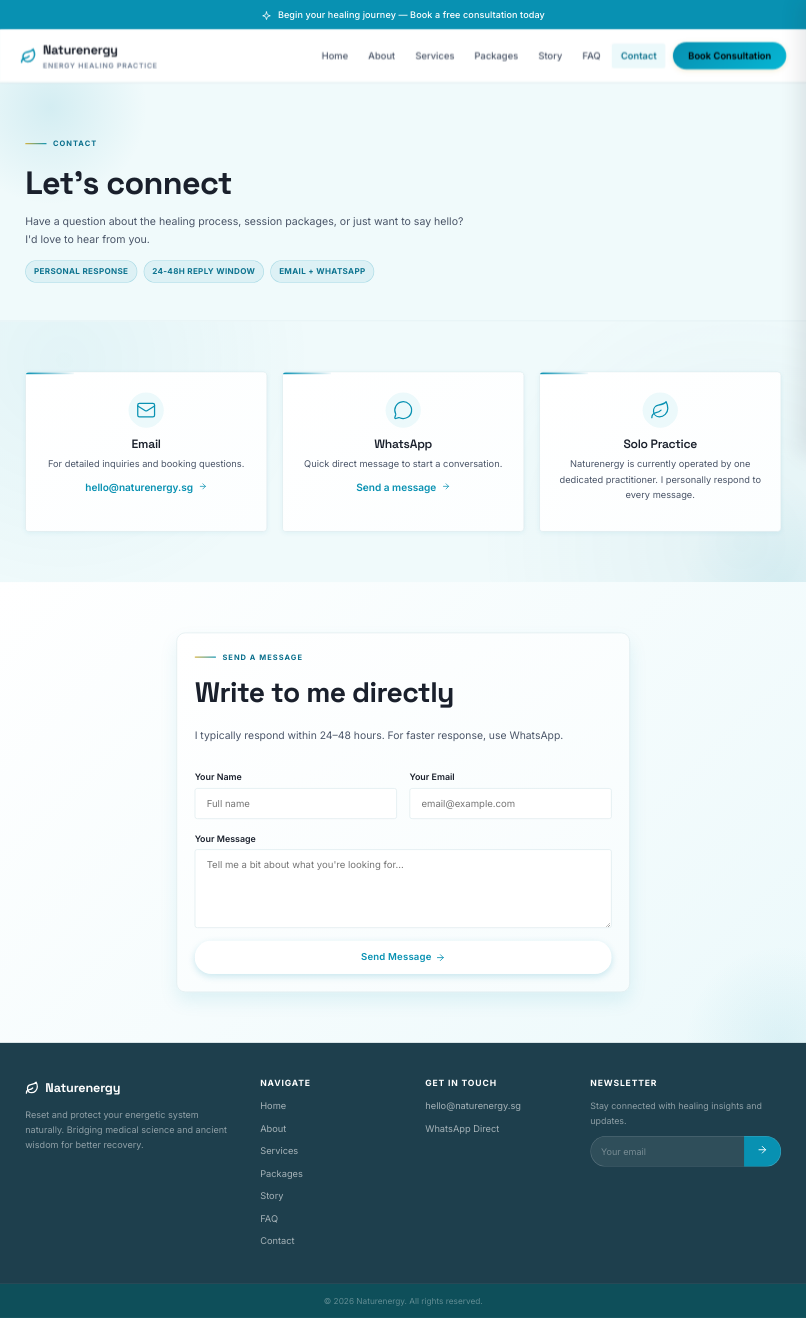
Repository: Ethxmnhz/nt_landing
Page: /contact
The author's editor kept a copy of each file at every save. The page is drawn from the files as they stood at one save, then again after the next save.
The browser window is 1280 px wide. The pictures show the whole page, at 63% of full size.
The project was rebuilt for these pictures with package versions that can differ from the ones it lists, and the page was loaded fresh each time. Also part of the build but not shown: vite.config.ts, src/pages/AboutPage.tsx, src/pages/BookPage.tsx, src/components/ui/FaqAccordion.tsx, src/pages/FaqPage.tsx, src/components/Hero/Hero.tsx, src/pages/HomePage.tsx, src/pages/PackagesPage.tsx and 1 more.

Above is the page before, as saved 2026-04-06 22:52:06.

### index.html
<!doctype html>
<html lang="en">
  <head>
    <meta charset="UTF-8" />
    <link rel="icon" type="image/svg+xml" href="/favicon.svg" />
    <meta name="viewport" content="width=device-width, initial-scale=1.0" />
    <meta name="description" content="Naturenergy — Reset and protect your energetic system naturally. Bridging medical science and ancient wisdom for holistic healing across mental, emotional, and physical dimensions." />
    <meta property="og:title" content="Naturenergy | Energy Healing & Recovery Support" />
    <meta property="og:description" content="Holistic healing sessions combining chakra energy healing, physical movement, and emotional support for people navigating recovery and life challenges." />
    <meta property="og:type" content="website" />
    <meta property="og:url" content="https://naturenergy.sg" />
    <link rel="preconnect" href="https://fonts.googleapis.com" />
    <link rel="preconnect" href="https://fonts.gstatic.com" crossorigin />
    <title>Naturenergy | Energy Healing & Recovery Support</title>
  </head>
  <body>
    <div id="app"></div>
    <script type="module" src="/src/main.tsx"></script>
  </body>
</html>

### src/main.tsx
import React from 'react'
import ReactDOM from 'react-dom/client'
import { BrowserRouter } from 'react-router-dom'
import App from './App'
import './style.css'

ReactDOM.createRoot(document.getElementById('app')!).render(
  <React.StrictMode>
    <BrowserRouter>
      <App />
    </BrowserRouter>
  </React.StrictMode>,
)

### src/App.tsx
import { useEffect } from 'react'
import { Navigate, Route, Routes, useLocation } from 'react-router-dom'
import { SiteFooter } from './components/layout/SiteFooter'
import { SiteHeader } from './components/layout/SiteHeader'
import { AboutPage } from './pages/AboutPage'
import { BookPage } from './pages/BookPage'
import { ContactPage } from './pages/ContactPage'
import { FaqPage } from './pages/FaqPage'
import { HomePage } from './pages/HomePage'
import { PackagesPage } from './pages/PackagesPage'
import { ServicesPage } from './pages/ServicesPage'
import { StoryPage } from './pages/StoryPage'

function ScrollToTop() {
  const { pathname } = useLocation()
  useEffect(() => {
    window.scrollTo(0, 0)
  }, [pathname])
  return null
}

function App() {
  return (
    <div className="site-root">
      <ScrollToTop />
      <SiteHeader />
      <main>
        <Routes>
          <Route path="/" element={<Navigate to="/home" replace />} />
          <Route path="/home" element={<HomePage />} />
          <Route path="/about" element={<AboutPage />} />
          <Route path="/services" element={<ServicesPage />} />
          <Route path="/packages" element={<PackagesPage />} />
          <Route path="/programs" element={<Navigate to="/packages" replace />} />
          <Route path="/story" element={<StoryPage />} />
          <Route path="/faq" element={<FaqPage />} />
          <Route path="/contact" element={<ContactPage />} />
          <Route path="/book" element={<BookPage />} />
          <Route path="*" element={<Navigate to="/home" replace />} />
        </Routes>
      </main>
      <SiteFooter />
    </div>
  )
}

export default App

### src/components/layout/SiteFooter.tsx
import { Link } from 'react-router-dom'
import { Leaf, ArrowRight } from 'lucide-react'
import { navItems, site } from '../../data/siteData'

export function SiteFooter() {
  return (
    <footer className="site-footer">
      <div className="footer-main">
        <div className="section-shell">
          <div className="footer-grid">
            <div className="footer-brand">
              <Link to="/home" className="footer-logo">
                <Leaf size={22} strokeWidth={2.2} />
                <span className="brand-name">{site.name}</span>
              </Link>
              <p className="footer-brand-desc">
                Reset and protect your energetic system naturally. Bridging medical science and
                ancient wisdom for better recovery.
              </p>
            </div>

            <div className="footer-links-col">
              <h4>Navigate</h4>
              <ul>
                {navItems
                  .filter((n) => !n.highlight)
                  .map((item) => (
                    <li key={item.to}>
                      <Link to={item.to}>{item.label}</Link>
                    </li>
                  ))}
              </ul>
            </div>

            <div className="footer-links-col">
              <h4>Get In Touch</h4>
              <ul>
                <li>
                  <a href={`mailto:${site.email}`}>{site.email}</a>
                </li>
                <li>
                  <a href={site.whatsappUrl}>WhatsApp Direct</a>
                </li>
              </ul>
            </div>

            <div className="footer-links-col">
              <h4>Newsletter</h4>
              <p className="footer-newsletter-text">
                Stay connected with healing insights and updates.
              </p>
              <form className="footer-newsletter" onSubmit={(e) => e.preventDefault()}>
                <input type="email" placeholder="Your email" aria-label="Email for newsletter" />
                <button type="submit" aria-label="Subscribe">
                  <ArrowRight size={18} />
                </button>
              </form>
            </div>
          </div>
        </div>
      </div>

      <div className="footer-bottom">
        <div className="section-shell">
          <p>© {new Date().getFullYear()} {site.name}. All rights reserved.</p>
        </div>
      </div>
    </footer>
  )
}

### src/components/layout/SiteHeader.tsx
import { useState } from 'react'
import { NavLink } from 'react-router-dom'
import { Leaf, Menu } from 'lucide-react'
import { navItems, site } from '../../data/siteData'
import { MobileNav } from './MobileNav'

export function SiteHeader() {
  const [mobileOpen, setMobileOpen] = useState(false)

  return (
    <header className="site-header">
      <div className="announcement-bar">
        <Sparkle /> Begin your healing journey — Book a free consultation today
      </div>
      <div className="header-main">
        <NavLink className="brand" to="/home" aria-label="Naturenergy Home">
          <Leaf className="brand-icon-svg" size={26} strokeWidth={2.2} />
          <span className="brand-text">
            <span className="brand-name">{site.name}</span>
            <span className="brand-sub">Energy Healing Practice</span>
          </span>
        </NavLink>

        <nav className="site-nav">
          {navItems.map((item) =>
            item.highlight ? (
              <NavLink
                key={item.to}
                to={item.to}
                className="nav-cta-btn"
              >
                {item.label}
              </NavLink>
            ) : (
              <NavLink
                key={item.to}
                to={item.to}
                className={({ isActive }) =>
                  isActive ? 'site-nav-link active' : 'site-nav-link'
                }
              >
                {item.label}
              </NavLink>
            )
          )}
        </nav>

        <button
          className="hamburger"
          onClick={() => setMobileOpen(true)}
          aria-label="Open menu"
          type="button"
        >
          <Menu size={26} />
        </button>
      </div>

      <MobileNav open={mobileOpen} onClose={() => setMobileOpen(false)} />
    </header>
  )
}

function Sparkle() {
  return (
    <svg width="16" height="16" viewBox="0 0 24 24" fill="none" stroke="currentColor" strokeWidth="2" strokeLinecap="round" strokeLinejoin="round" style={{ display: 'inline', verticalAlign: 'middle', marginRight: 6 }}>
      <path d="M12 3l1.912 5.813a2 2 0 001.275 1.275L21 12l-5.813 1.912a2 2 0 00-1.275 1.275L12 21l-1.912-5.813a2 2 0 00-1.275-1.275L3 12l5.813-1.912a2 2 0 001.275-1.275L12 3z" />
    </svg>
  )
}

### src/pages/ContactPage.tsx
import { Mail, MessageCircle, Leaf, ArrowRight } from 'lucide-react'
import { AnimatedSection } from '../components/ui/AnimatedSection'
import { ButtonLink } from '../components/ui/ButtonLink'
import { site } from '../data/siteData'

export function ContactPage() {
  return (
    <>
      {/* ─── PAGE HERO ─── */}
      <section className="page-hero">
        <div className="section-shell">
          <AnimatedSection>
            <p className="section-tag">Contact</p>
            <h1>Let's connect</h1>
            <p className="page-hero-sub">
              Have a question about the healing process, session packages, or just want to say
              hello? I'd love to hear from you.
            </p>
            <div className="doc-outcome-strip">
              <span>Personal Response</span>
              <span>24-48h Reply Window</span>
              <span>Email + WhatsApp</span>
            </div>
          </AnimatedSection>
        </div>
      </section>

      {/* ─── CONTACT CARDS ─── */}
      <section className="section-light">
        <div className="section-shell">
          <div className="contact-grid">
            <AnimatedSection>
              <article className="contact-card">
                <span className="contact-icon"><Mail size={32} strokeWidth={1.5} /></span>
                <h3>Email</h3>
                <p>For detailed inquiries and booking questions.</p>
                <a href={`mailto:${site.email}`} className="contact-link">
                  {site.email} <ArrowRight size={14} style={{ marginLeft: 4 }} />
                </a>
              </article>
            </AnimatedSection>
            <AnimatedSection delay={120}>
              <article className="contact-card">
                <span className="contact-icon"><MessageCircle size={32} strokeWidth={1.5} /></span>
                <h3>WhatsApp</h3>
                <p>Quick direct message to start a conversation.</p>
                <a href={site.whatsappUrl} className="contact-link">
                  Send a message <ArrowRight size={14} style={{ marginLeft: 4 }} />
                </a>
              </article>
            </AnimatedSection>
            <AnimatedSection delay={240}>
              <article className="contact-card">
                <span className="contact-icon"><Leaf size={32} strokeWidth={1.5} /></span>
                <h3>Solo Practice</h3>
                <p>
                  Naturenergy is currently operated by one dedicated practitioner. I personally
                  respond to every message.
                </p>
              </article>
            </AnimatedSection>
          </div>
        </div>
      </section>

      {/* ─── CONTACT FORM ─── */}
      <section className="section-warm">
        <div className="section-shell">
          <AnimatedSection>
            <div className="contact-form-section">
              <div className="section-intro">
                <p className="section-tag">Send a Message</p>
                <h2>Write to me directly</h2>
                <p className="section-copy">
                  I typically respond within 24–48 hours. For faster response, use WhatsApp.
                </p>
              </div>
              <form className="contact-form" onSubmit={(e) => e.preventDefault()}>
                <div className="form-row">
                  <div className="form-group">
                    <label htmlFor="contact-name">Your Name</label>
                    <input type="text" id="contact-name" placeholder="Full name" />
                  </div>
                  <div className="form-group">
                    <label htmlFor="contact-email">Your Email</label>
                    <input type="email" id="contact-email" placeholder="email@example.com" />
                  </div>
                </div>
                <div className="form-group">
                  <label htmlFor="contact-message">Your Message</label>
                  <textarea
                    id="contact-message"
                    rows={5}
                    placeholder="Tell me a bit about what you're looking for..."
                  />
                </div>
                <ButtonLink href={site.bookingEmailUrl}>
                  Send Message <ArrowRight size={16} style={{ marginLeft: 6 }} />
                </ButtonLink>
              </form>
            </div>
          </AnimatedSection>
        </div>
      </section>
    </>
  )
}

### src/pages/ServicesPage.tsx
import {
  Compass,
  Zap,
  Sprout,
  Users,
  ArrowRight,
} from 'lucide-react'
import { AnimatedSection } from '../components/ui/AnimatedSection'
import { ButtonLink } from '../components/ui/ButtonLink'
import { consultationProcess, services } from '../data/siteData'

const serviceIcons = [
  <Compass size={32} strokeWidth={1.8} />,
  <Zap size={32} strokeWidth={1.8} />,
  <Sprout size={32} strokeWidth={1.8} />,
  <Users size={32} strokeWidth={1.8} />,
]

export function ServicesPage() {
  return (
    <>
      {/* ─── PAGE HERO ─── */}
      <section className="page-hero">
        <div className="section-shell">
          <AnimatedSection>
            <p className="section-tag">Services</p>
            <h1>Integrated modalities for deeper and safer recovery</h1>
            <p className="page-hero-sub">
              Service design is outcome-based: better self-regulation, stronger body response,
              emotional support, and clearer recovery decisions.
            </p>
            <div className="doc-outcome-strip">
              <span>Regulation</span>
              <span>Resilience</span>
              <span>Recovery Clarity</span>
            </div>
          </AnimatedSection>
        </div>
      </section>

      {/* ─── FIRST CONSULTATION ─── */}
      <section className="section-light">
        <div className="section-shell">
          <AnimatedSection>
            <div className="section-intro centered">
              <p className="section-tag">Your First Session</p>
              <h2>What happens in the first consultation</h2>
              <p className="section-copy">
                Before any healing work begins, I take time to understand your complete context —
                daily routines, family support, work environment, and emotional landscape. This
                ensures every session plan is built on real understanding.
              </p>
            </div>
          </AnimatedSection>
        </div>
      </section>

      {/* ─── SERVICE CARDS ─── */}
      <section className="section-warm">
        <div className="section-shell">
          <AnimatedSection>
            <div className="section-intro centered">
              <p className="section-tag">What I Offer</p>
              <h2>Four areas of focused support</h2>
            </div>
          </AnimatedSection>
          <div className="services-grid">
            {services.map((service, i) => (
              <AnimatedSection key={service.title} delay={i * 100}>
                <article className="service-card">
                  <span className="service-icon">{serviceIcons[i]}</span>
                  <h3>{service.title}</h3>
                  <p>{service.description}</p>
                </article>
              </AnimatedSection>
            ))}
          </div>
        </div>
      </section>

      {/* ─── PROCESS FLOW ─── */}
      <section className="section-light">
        <div className="section-shell">
          <AnimatedSection>
            <div className="section-intro centered">
              <p className="section-tag">The Process</p>
              <h2>Assess → Heal → Integrate</h2>
              <p className="section-copy">
                Your healing journey follows a clear, structured path from initial assessment
                through active healing to long-term integration.
              </p>
            </div>
          </AnimatedSection>
          <div className="process-flow-wrapper">
            <div className="process-flow-grid">
              {consultationProcess.map((step, i) => (
                <AnimatedSection key={step.title} delay={i * 150}>
                  <article className="process-flow-step">
                    <div className="process-number-circle">{String(step.step).padStart(2, '0')}</div>
                    <h3 className="process-flow-title">{step.title}</h3>
                    <p className="process-flow-desc">{step.description}</p>
                  </article>
                </AnimatedSection>
              ))}
            </div>
          </div>
          <AnimatedSection>
            <div className="centered-cta">
              <ButtonLink to="/book">
                Book Your First Consultation <ArrowRight size={16} style={{ marginLeft: 6 }} />
              </ButtonLink>
            </div>
          </AnimatedSection>
        </div>
      </section>
    </>
  )
}

### src/components/layout/MobileNav.tsx
import { NavLink } from 'react-router-dom'
import { X } from 'lucide-react'
import { navItems, site } from '../../data/siteData'

type MobileNavProps = {
  open: boolean
  onClose: () => void
}

export function MobileNav({ open, onClose }: MobileNavProps) {
  return (
    <>
      <div className={`mobile-overlay ${open ? 'mobile-overlay-active' : ''}`} onClick={onClose} />
      <nav className={`mobile-drawer ${open ? 'mobile-drawer-open' : ''}`}>
        <div className="mobile-drawer-header">
          <span className="brand-name">{site.name}</span>
          <button className="mobile-close" onClick={onClose} aria-label="Close menu" type="button">
            <X size={22} />
          </button>
        </div>
        <div className="mobile-links">
          {navItems.map((item) => (
            <NavLink
              key={item.to}
              to={item.to}
              className={({ isActive }) =>
                `mobile-link ${isActive ? 'mobile-link-active' : ''} ${item.highlight ? 'mobile-link-cta' : ''}`
              }
              onClick={onClose}
            >
              {item.label}
            </NavLink>
          ))}
        </div>
        <div className="mobile-drawer-footer">
          <p>{site.email}</p>
        </div>
      </nav>
    </>
  )
}

### src/components/ui/AnimatedSection.tsx
import { useEffect, useRef, useState, type ReactNode } from 'react'

type AnimatedSectionProps = {
  children: ReactNode
  className?: string
  delay?: number
}

export function AnimatedSection({ children, className = '', delay = 0 }: AnimatedSectionProps) {
  const ref = useRef<HTMLDivElement>(null)
  const [visible, setVisible] = useState(false)

  useEffect(() => {
    const el = ref.current
    if (!el) return

    const observer = new IntersectionObserver(
      ([entry]) => {
        if (entry.isIntersecting) {
          setTimeout(() => setVisible(true), delay)
          observer.unobserve(el)
        }
      },
      { threshold: 0.15 }
    )

    observer.observe(el)
    return () => observer.disconnect()
  }, [delay])

  return (
    <div
      ref={ref}
      className={`anim-section ${visible ? 'anim-visible' : ''} ${className}`}
      style={{ transitionDelay: `${delay}ms` }}
    >
      {children}
    </div>
  )
}

### src/components/ui/ButtonLink.tsx
import type { ReactNode } from 'react'
import { Link } from 'react-router-dom'

type ButtonLinkProps = {
  to?: string
  href?: string
  children: ReactNode
  variant?: 'primary' | 'outline' | 'dark' | 'secondary'
  className?: string
}

export function ButtonLink({ to, href, children, variant = 'primary', className = '' }: ButtonLinkProps) {
  const btnClass = `btn btn-${variant} ${className}`.trim()

  if (to) {
    return (
      <Link className={btnClass} to={to}>
        {children}
      </Link>
    )
  }

  return (
    <a className={btnClass} href={href}>
      {children}
    </a>
  )
}

Loaded but not shown: src/style.css (4018 lines, source omitted); src/data/siteData.ts (188 lines, source omitted)

After the next save:
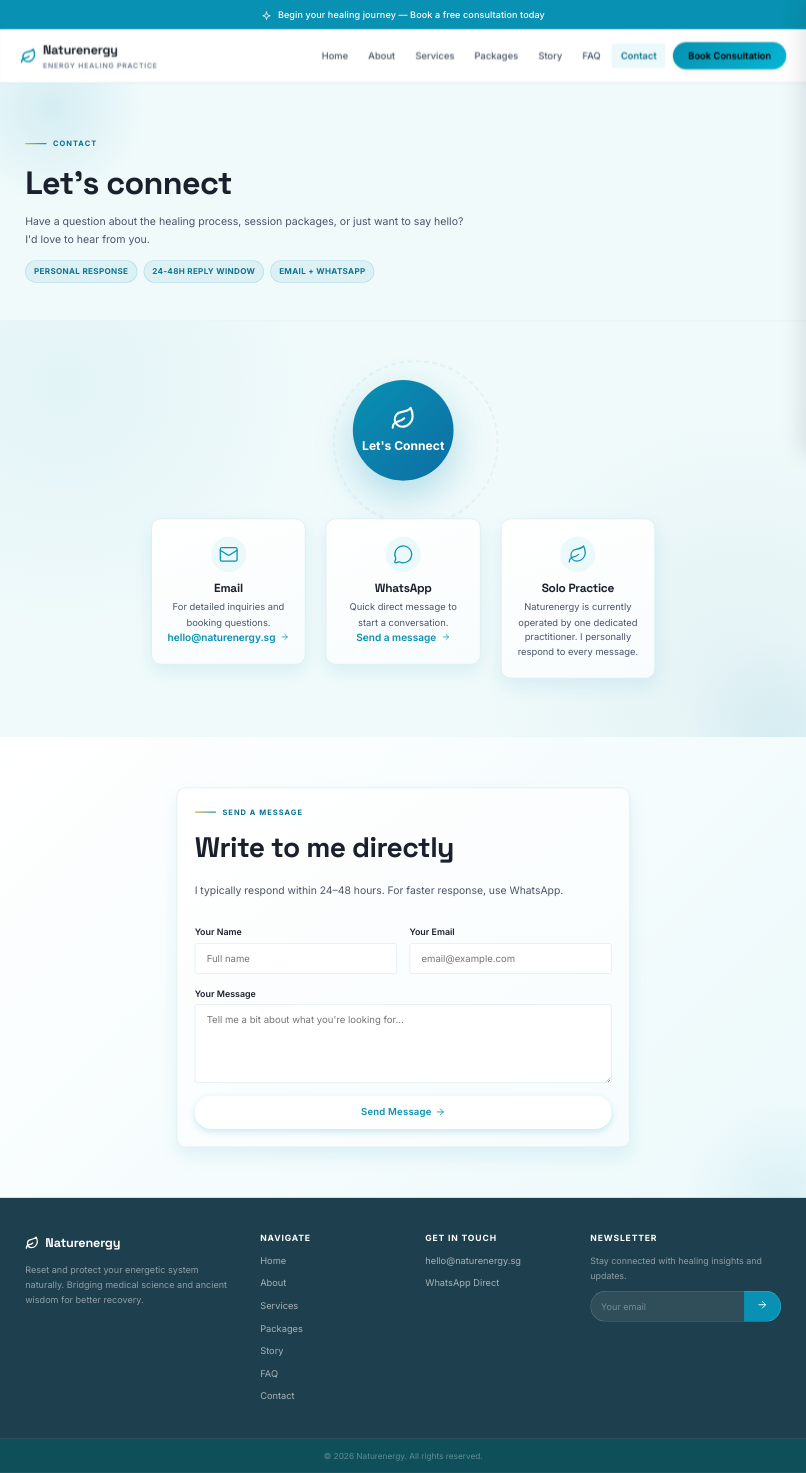
Saved 36 s later.
--- a/src/pages/ContactPage.tsx
+++ b/src/pages/ContactPage.tsx
@@ -28,37 +28,47 @@ export function ContactPage() {
       {/* ─── CONTACT CARDS ─── */}
       <section className="section-light">
         <div className="section-shell">
-          <div className="contact-grid">
-            <AnimatedSection>
-              <article className="contact-card">
-                <span className="contact-icon"><Mail size={32} strokeWidth={1.5} /></span>
-                <h3>Email</h3>
-                <p>For detailed inquiries and booking questions.</p>
-                <a href={`mailto:${site.email}`} className="contact-link">
-                  {site.email} <ArrowRight size={14} style={{ marginLeft: 4 }} />
-                </a>
-              </article>
+          <div className="contact-radial-hub">
+            <AnimatedSection delay={0}>
+              <div className="contact-hub-backdrop" />
+              <div className="contact-hub-backdrop" />
+              <div className="contact-hub-center">
+                <Leaf size={40} style={{ marginBottom: 8 }} />
+                Let's Connect
+              </div>
             </AnimatedSection>
-            <AnimatedSection delay={120}>
-              <article className="contact-card">
-                <span className="contact-icon"><MessageCircle size={32} strokeWidth={1.5} /></span>
-                <h3>WhatsApp</h3>
-                <p>Quick direct message to start a conversation.</p>
-                <a href={site.whatsappUrl} className="contact-link">
-                  Send a message <ArrowRight size={14} style={{ marginLeft: 4 }} />
-                </a>
-              </article>
-            </AnimatedSection>
-            <AnimatedSection delay={240}>
-              <article className="contact-card">
-                <span className="contact-icon"><Leaf size={32} strokeWidth={1.5} /></span>
-                <h3>Solo Practice</h3>
-                <p>
-                  Naturenergy is currently operated by one dedicated practitioner. I personally
-                  respond to every message.
-                </p>
-              </article>
-            </AnimatedSection>
+            <div className="contact-radial-cards">
+              <AnimatedSection delay={120}>
+                <article className="contact-radial-card">
+                  <span className="contact-icon"><Mail size={32} strokeWidth={1.5} /></span>
+                  <h3>Email</h3>
+                  <p>For detailed inquiries and booking questions.</p>
+                  <a href={`mailto:${site.email}`} className="contact-link">
+                    {site.email} <ArrowRight size={14} style={{ marginLeft: 4 }} />
+                  </a>
+                </article>
+              </AnimatedSection>
+              <AnimatedSection delay={200}>
+                <article className="contact-radial-card">
+                  <span className="contact-icon"><MessageCircle size={32} strokeWidth={1.5} /></span>
+                  <h3>WhatsApp</h3>
+                  <p>Quick direct message to start a conversation.</p>
+                  <a href={site.whatsappUrl} className="contact-link">
+                    Send a message <ArrowRight size={14} style={{ marginLeft: 4 }} />
+                  </a>
+                </article>
+              </AnimatedSection>
+              <AnimatedSection delay={280}>
+                <article className="contact-radial-card">
+                  <span className="contact-icon"><Leaf size={32} strokeWidth={1.5} /></span>
+                  <h3>Solo Practice</h3>
+                  <p>
+                    Naturenergy is currently operated by one dedicated practitioner. I personally
+                    respond to every message.
+                  </p>
+                </article>
+              </AnimatedSection>
+            </div>
           </div>
         </div>
       </section>
